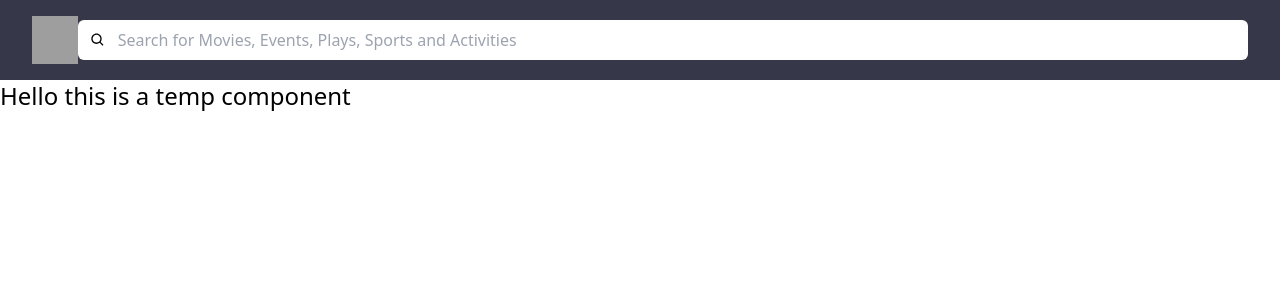
Repository: srush-shah/book-my-show-clone
Page: /
The author's editor kept a copy of each file at every save. The page is drawn from the files as they stood at one save, then again after the next save.
The browser window is 1280 px wide. The pictures show the whole page.
Pictures or frames that could not be fetched are drawn as grey boxes. The project was rebuilt for these pictures with package versions that can differ from the ones it lists, and the page was loaded fresh each time.

Above is the page before, as saved 2022-11-23 02:19:23.

### src/App.jsx
import DefaultHOC from "./HOC/Default.HOC";
import Temp from "./components/temp";

function App() {
  return (
    <>
      <DefaultHOC path="/" exact element={<Temp />} />
    </>
  );
}

export default App;

### src/HOC/Default.HOC.jsx
import React from "react";
import { Route, Routes } from "react-router-dom";
import DefaultLayout from "../layouts/Default.layout";

const DefaultHOC = ({ element: Element, ...rest }) => {
  return (
    <>
      <Routes>
        <Route {...rest} exact element={<DefaultLayout element={Element} />} />
      </Routes>
    </>
  );
};

export default DefaultHOC;

### src/components/temp.jsx
import React from "react";

function Temp() {
  return (
    <>
      <h1 className="text-2xl">Hello this is a temp component</h1>
    </>
  );
}

export default Temp;

### src/layouts/Default.layout.jsx
import React from "react";

//Components
import Navbar from "../components/Navbar/navbar.component";

const DefaultLayout = ({ element: Element, ...props }) => {
  return (
    <>
      <Navbar />
      {Element}
    </>
  );
};

export default DefaultLayout;

### src/components/Navbar/navbar.component.jsx
import React from "react";
import { BiChevronRight, BiSearch } from "react-icons/bi";

const NavSm = () => {
  return (
    <>
      <div className="text-white flex items-center justify-between">
        <div>
          <h3 className="text-xl font-bold">It All Starts Here!</h3>
          <span className="text-gray-400 text-xs flex items-center">
            Ahmedabad <BiChevronRight />
          </span>
        </div>
        <div className="w-8 h-8">
          <BiSearch className="w-full h-full" />
        </div>
      </div>
    </>
  );
};
const NavMd = () => {
  return (
    <div className="w-full flex items-center gap-3 bg-white py-2 px-3 rounded-md">
      <BiSearch />
      <input
        type="search"
        className="w-full bg-transparent border-none focus:outline-none"
        placeholder="Search for Movies, Events, Plays, Sports and Activities"
      />
    </div>
  );
};
const NavLg = () => {
  return (
    <>
      <div className="container mx-auto px-4 flex items-center">
        <div className="flex items-center w-full">
          <div className="w-12 h-12">
            <img
              src="https://i.ibb.co/zPBYW3H/imgbin-bookmyshow-office-android-ticket-png.png"
              alt="logo"
              className="w-full h-full"
            />
          </div>
          <div className="w-full flex items-center gap-3 bg-white py-2 px-3 rounded-md">
            <BiSearch />
            <input
              type="search"
              className="w-full bg-transparent border-none focus:outline-none"
              placeholder="Search for Movies, Events, Plays, Sports and Activities"
            />
          </div>
        </div>
        <div></div>
      </div>
    </>
  );
};

const Navbar = () => {
  return (
    <>
      <nav className="bg-bms-700 p-4">
        <div className="md:hidden">
          <NavSm />
        </div>
        <div className="hidden md:flex lg:hidden">
          <NavMd />
        </div>
        <div className="hidden lg:flex">
          <NavLg />
        </div>
      </nav>
    </>
  );
};

export default Navbar;

### tailwind.config.js
/** @type {import('tailwindcss').Config} */
module.exports = {
  content: ["./src/**/*.{html,js,jsx}"],
  theme: {
    extend: {
      colors: {
        bms: {
          50: "#edf1fc",
          100: "#d3d4e1",
          200: "#b6b8c9",
          300: "#989bb2",
          400: "#7c7f9b",
          500: "#636582",
          600: "#4c4f66",
          700: "#363849",
          800: "#21222e",
          900: "#0a0a16",
        },
      },
    },
  },
  plugins: [],
};

Loaded but not shown: public/index.html (common file); src/index.jsx (common file); src/index.css (common file)

After the next save:
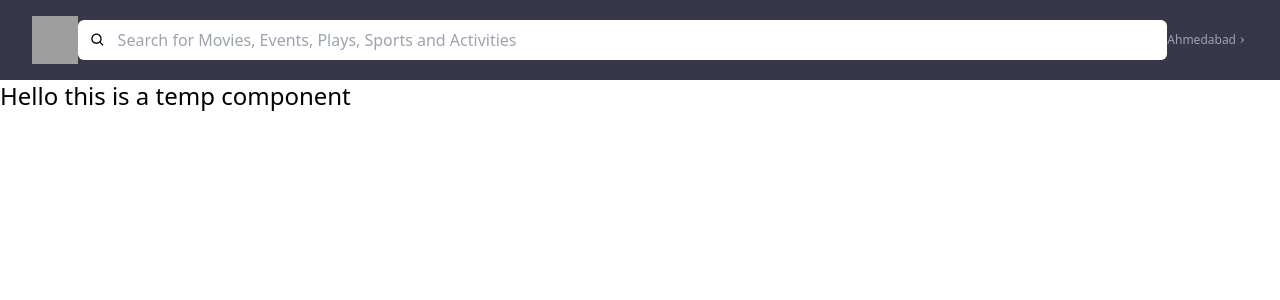
Saved 2 min 58 s later.
--- a/src/components/Navbar/navbar.component.jsx
+++ b/src/components/Navbar/navbar.component.jsx
@@ -51,7 +51,11 @@ const NavLg = () => {
             />
           </div>
         </div>
-        <div></div>
+        <div>
+          <span className="text-gray-400 text-xs flex items-center">
+            Ahmedabad <BiChevronRight />
+          </span>
+        </div>
       </div>
     </>
   );
